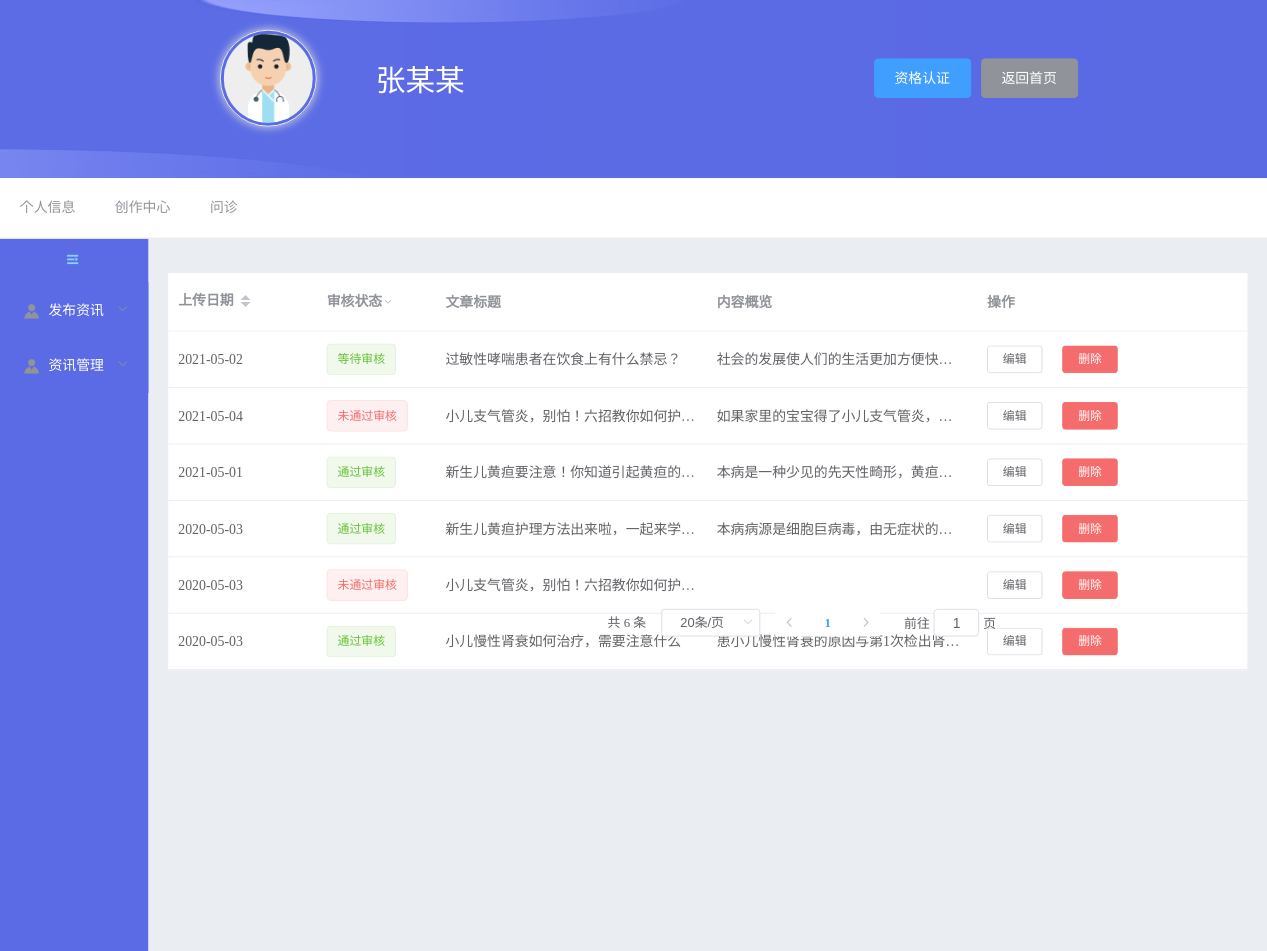
Repository: DiscreteL/SOA_Front
Page: /#/manageVideo
These files come from the project's save history. The page is drawn as it stood at one moment and after the next save; the edit follows.
The browser window is 1280 px wide. The pictures show the whole page, at 99% of full size.
The project was rebuilt for these pictures with package versions that can differ from the ones it lists, and the page was loaded fresh each time. Also part of the build but not shown: vue.config.js, src/components/navigation.vue, src/components/dialog.vue, src/views/news.vue, src/components/announcement.vue, src/components/patientKnow.vue, src/views/Home.vue, src/views/login.vue and 15 more.

Above is the page before, as saved 2021-11-29 15:58:06.

### src/main.js
import Vue from 'vue'
import App from './App.vue'
import router from './router'
import store from './store'
import ElementUI from 'element-ui';
import 'element-ui/lib/theme-chalk/index.css';
import instance_ from "@/utils/api";

Vue.use(ElementUI);

Vue.config.productionTip = false

Vue.prototype.instance = instance_

new Vue({
  router,
  store,
  render: h => h(App)
}).$mount('#app')

router.beforeEach((to, from, next) => {
  /* 路由发生变化修改页面title */
  if (to.meta.title) {
      document.title = to.meta.title
  }
  next()
})

### src/App.vue
<template>
  <div id="app">
    <router-view/>
  </div>
</template>

<style lang="less" scoped>
</style>

<script>
export default {
  name: 'app'
}
</script>

### src/utils/api.js
//输出通用axios实例
import axios from 'axios';
axios.defaults.withCredentials = false

const instance = axios.create({
  timeout: 10000,
   headers: {
    'Content-Type': "multipart/form-data;charset=utf-8",
  }
});

export default {
  //GqvbYer04485869e6b5acbed4ed10dfd79468f6d84577b1

   diseaseList (data) {
     return instance.get("https://api.apishop.net/common/disease/queryDiseaseList?apiKey=GqvbYer04485869e6b5acbed4ed10dfd79468f6d84577b1&page=1&pageSize=50", data);
   },
   diseaseInfo(data){
    return instance.get("https://api.apishop.net/common/disease/queryDiseaseInfo?apiKey=GqvbYer04485869e6b5acbed4ed10dfd79468f6d84577b1&diseaseID="+data);
   }


//   allUser () {
//     return instance.post('/api/user');
//   },
//   allProduct () {
//    return instance.post('/api/product')
//   },
//   upload (data) {
//     return instance.post('/api/upload',data)
//   },
//   regist (data){
//   	return instance.post('/api/createOrUpdateUser',data)
//   }
};

### src/views/doctor/messageCenter.vue
<template>
  <div class="home_container">
    <UserHomeNav2></UserHomeNav2>
    <!--页面主体区-->
    <el-container>
      <!--侧边栏-->
      <el-aside :width="isCollapse ? '64px' : '150px'">
        <div class="toggle-button" @click="toggleCollapse">
          <div v-if="this.isCollapse == true">
            <i class="el-icon-s-fold"></i>
          </div>
          <div v-else>
            <i class="el-icon-s-unfold"></i>
          </div>
        </div>
        <el-menu
          background-color="#5b6be5"
          text-color="#fff"
          active-text-color="#409EFF"
          :collapse="isCollapse"
          :collapse-transition="false"
          :router="true"
          :default-active="activePath"
        >
          <!-- :unique-opened="true"->只允许展开一个菜单 -->
          <!-- :collapse-transition="false" -> 关闭动画 -->
          <!-- router -> 导航开启路由模式 -->
          <el-submenu index="1">
          <!-- 一级菜单模板 -->
          <template slot="title">
            <i class="el-icon-s-custom"></i>
            <span>发布资讯</span>
          </template>
            <el-menu-item index="/uploadArticle" @click="saveNavState('/uploadArticle')">
              <i class="el-icon-date" style="color: #dcdcdc"></i>
              <span slot="title">发布文章</span>
            </el-menu-item>
            <el-menu-item index="/uploadVideo" @click="saveNavState('/uploadVideo')">
              <i class="el-icon-date" style="color: #dcdcdc"></i>
            <span slot="title">上传视频</span>
            </el-menu-item>
          </el-submenu>
          <el-submenu index="2">
          <!-- 一级菜单模板 -->
          <template slot="title">
            <i class="el-icon-s-custom"></i>
            <span>资讯管理</span>
          </template>
            <el-menu-item index="/manageArticle" @click="saveNavState('/manageArticle')">
              <i class="el-icon-date" style="color: #dcdcdc"></i>
              <span slot="title">文章管理</span>
            </el-menu-item>
            <el-menu-item index="/manageVideo" @click="saveNavState('/manageVideo')">
              <i class="el-icon-date" style="color: #dcdcdc"></i>
            <span slot="title">视频管理</span>
            </el-menu-item>
          </el-submenu>
        </el-menu>
      </el-aside>
      <!--右侧主体区-->
      <el-main>
        <router-view></router-view>
      </el-main>
    </el-container>
  </div>
</template>

<script>
import UserHomeNav2 from "@/components/userhomenav2.vue";

export default {
  name: "messageCenter",
  components: {
    UserHomeNav2,
  },
  data() {
    return {
      // 默认不折叠
      isCollapse: false,
      // 被激活导航地址
      activePath: "",
    };
  },
  created() {
    this.activePath = window.sessionStorage.getItem("activePath");
  },
  methods: {
    toggleCollapse() {
      this.isCollapse = !this.isCollapse;
    },
    saveNavState(activePath) {
      window.sessionStorage.setItem("activePath", activePath);
      this.activePath = activePath;
    },
  },
};
</script>

<style lang="less" scoped>
html,
body {
  width: 100%;
  height: 100%;
  margin: 0px;
  padding: 0px;
}
.home_container{
    height: 100vh;
}
.el-container{
    height: 100%;
}
.el-aside {
  background-color: #5b6be5;
  .el-menu {
    border-right: none;
  }
}
.el-main {
  background-color: #eaedf1;
}
.toggle-button {
  background-color: #5b6be5;
  font-size: 15px;
  line-height: 24px;
  color: #87cefa;
  text-align: center;
  letter-spacing: 0.2em;
  cursor: pointer;
  padding: 10px;
}
.logo_box {
  height: 60px;
  width: 60px;
  border: 5px #53868b;
  border-radius: 50%; /* 圆角 */
  position: relative;
  margin: 30px;
}
.port_box img {
  width: 100%;
  height: 100%;
  border-radius: 50%; /* 圆角 */
  background-color: #53868b;
}
</style>

### src/views/doctor/message/manageVideo.vue
<template>
  <div class="videoForm">
    <div class="form" style="margin-top: 15px">
      <el-table
        ref="filterTable"
        :data="
          tableData.slice((currentPage - 1) * pageSize, currentPage * pageSize)
        "
        style="width: 100%"
      >
        <el-table-column
          prop="date"
          label="上传日期"
          sortable
          width="150"
          column-key="date"
        >
        </el-table-column>
        <el-table-column
          prop="status"
          label="审核状态"
          width="120"
          :filters="[
            { text: '等待审核', value: '等待审核' },
            { text: '通过审核', value: '通过审核' },
            { text: '未通过审核', value: '未通过审核' },
          ]"
          :filter-method="filterStatus"
          filter-placement="bottom-end"
        >
          <template slot-scope="scope">
            <el-tag
              :type="scope.row.status === '未通过审核' ? 'danger' : 'success'"
              disable-transitions
            >
              {{ scope.row.status }}
            </el-tag>
          </template>
        </el-table-column>
        <el-table-column
          prop="title"
          label="文章标题"
          :show-overflow-tooltip="true"
        >
        </el-table-column>
        <el-table-column
          prop="content"
          label="内容概览"
          :show-overflow-tooltip="true"
        >
        </el-table-column>
        <el-table-column label="操作">
          <el-button size="mini" @click="dialogTableVisible = true"
            >编辑</el-button
          >
          <el-dialog title="编辑文章内容" :visible.sync="dialogTableVisible">
            <el-form ref="formArticle" :model="formArticle" label-width="80px">
              <el-form-item label="文章标题" required>
                <el-input v-model="formArticle.title"></el-input>
              </el-form-item>
              <el-form-item label="文章内容" required>
                <el-input
                  type="textarea"
                  :rows="10"
                  v-model="formArticle.content"
                ></el-input>
              </el-form-item>
              <el-form-item>
                <el-button type="primary" @click="onSubmit">提交编辑</el-button>
                <el-button type="primary" @click="clear">清空</el-button>
              </el-form-item>
            </el-form>
          </el-dialog>
          <el-button
            size="mini"
            type="danger"
            style="margin-left: 20px"
            @click="del"
            >删除</el-button
          >
        </el-table-column>
      </el-table>
    </div>
    <div class="block">
      <el-pagination
        align="center"
        @size-change="handleSizeChange"
        @current-change="handleCurrentChange"
        :current-page="currentPage"
        :page-sizes="[1, 5, 10, 20]"
        :page-size="pageSize"
        layout="total, sizes, prev, pager, next, jumper"
        :total="tableData.length"
      >
      </el-pagination>
    </div>
  </div>
</template>

<script>
export default {
  data() {
    return {
      tableData: [
        {
          date: "2021-05-02",
          status: "等待审核",
          title: "过敏性哮喘患者在饮食上有什么禁忌？",
          content:
            "社会的发展使人们的生活更加方便快捷，推动了人民中国质量的提高。但是另一方面也给人类带来了一些危害，社会快速发展的背后就是工业的发展，工业发展必然会带来一些环境污染，环境未来竟然又会影响到人类，所以如何实现人地协调发展是一个非常重要的问题。如果不能实现人地协调发展，就会给人类带来很大的危害。就比如说现在各种疾病的患病率越来越高，和工业污染有一定的关联。今天就给大家介绍一下，过敏性哮喘患者在饮食上有什么样的禁忌。",
        },
        {
          date: "2021-05-04",
          status: "未通过审核",
          title: "小儿支气管炎，别怕！六招教你如何护理！",
          content:
            "如果家里的宝宝得了小儿支气管炎，牵动着各位爸爸妈心，家长朋友往往比患儿还要着急，看着孩子难受，内心也是备受煎熬，那各位宝爸宝妈们，你们知道如何护理吗？知道如何给宝宝做膳食吗？我们一起来学学吧。",
        },
        {
          date: "2021-05-01",
          status: "通过审核",
          title: "新生儿黄疸要注意！你知道引起黄疸的真正原因吗？",
          content:
            "本病是一种少见的先天性畸形，黄疸乃因胚胎发育异常造成的胆道闭锁或狭窄，胆汁不能排泄或排泄不畅所致。黄疸的特点是出生不久即发生，呈进行性加重，全身皮肤深桔黄色，尿布被尿液染黄后用清水常冲洗不掉。此病预后恶劣，应早期手术",
        },
        {
          date: "2020-05-03",
          status: "通过审核",
          title: "新生儿黄疸护理方法出来啦，一起来学学吧",
          content:
            "本病病源是细胞巨病毒，由无症状的带病毒孕妇通过胎盘感染胎儿。新生儿在出生一个月内出现黄疸、精神不振、咳嗽、肝脾肿大、消化不良和生长停滞等，应考虑是本病。",
        },
        {
          date: "2020-05-03",
          status: "未通过审核",
          title: "小儿支气管炎，别怕！六招教你如何护理！",
          content: "",
        },
        {
          date: "2020-05-03",
          status: "通过审核",
          title: "小儿慢性肾衰如何治疗，需要注意什么",
          content:
            "患小儿慢性肾衰的原因与第1次检出肾衰时的患儿年龄密切相关。5岁以下的慢性肾衰常是解剖异常的结果，如肾发育不全、肾发育异常、尿路梗阻以及其他先天畸形；5岁以后的慢性肾衰则以后天性肾小球疾病如小球肾炎、溶血性尿毒综合征或遗传性病变，如Alport综合征、肾囊性病变为主。",
        },
      ],
      dialogTableVisible: false,
      dialogFormVisible: false,
      currentPage: 1, // 当前页码
      total: 20, // 总条数
      pageSize: 20, // 每页的数据条数
      form: {
        reason: "",
        region: 0,
        delivery: false,
      },
      formLabelWidth: "120px",
      formArticle: {
        title: "",
        content: ""
      },
    };
  },
  methods: {
    filterHandler(value, row, column) {
      const property = column["property"];
      return row[property] === value;
    },
    filterStatus(value, row) {
      return row.status === value;
    },
    //每页条数改变时触发 选择一页显示多少行
    handleSizeChange(val) {
      console.log(`每页 ${val} 条`);
      this.currentPage = 1;
      this.pageSize = val;
    },
    //当前页改变时触发 跳转其他页
    handleCurrentChange(val) {
      console.log(`当前页: ${val}`);
      this.currentPage = val;
    },
    del() {
      this.$confirm("此操作将永久删除该文章, 是否继续?", "提示", {
        confirmButtonText: "确定",
        cancelButtonText: "取消",
        type: "warning",
      })
        .then(() => {
          this.$message({
            type: "success",
            message: "删除成功!",
          });
        })
        .catch(() => {
          this.$message({
            type: "info",
            message: "已取消删除",
          });
        });
    },
    onSubmit() {
      console.log("submit!");
    },
    clear() {
      this.$refs.form.resetFields();
    },
  },
};
</script>

<style scoped>
.videoForm {
  width: 100%;
  display: flex;
  flex-direction: column;
}
.form {
  float: left;
  width: 100%;
}
.el-table .warning-row {
  background: oldlace;
}

.el-table .success-row {
  background: #f0f9eb;
}
.block {
  float: left;
  width: 100%;
  position: fixed;
  bottom: 75px;
}
</style>

### src/components/userhomenav2.vue
<template>
  <div class="container">
    <div class="head">
      <div class="background">
        <img src="@/assets/back.jpg" alt="" width="100%" height="100%" />
      </div>
      <div class="headmain">
        <div class="left">
          <!-- 头像部分 -->
          <div class="port_box">
            <img src="../assets/docPort.png" />
          </div>

          <!-- 个人信息部分 -->
          <div
            class="Info"
            style="color: white; font-size: 30px; font-family: 宋体"
          >
            {{ userName }}<br />
          </div>
        </div>
        <div>
            <el-button type="primary" @click="certify">资格认证</el-button>
          <el-button type="info" @click="returnhome">返回首页</el-button>
        </div>
      </div>
    </div>
    <div class="navBar">
      <el-menu
        :default-active="this.$route.path"
        class="el-menu-demo"
        router
        mode="horizontal"
        active-text-color="#409EFF"
      >
        <el-menu-item v-for="(item, i) in navList" :key="i" :index="item.name">
          {{ item.navItem }}
        </el-menu-item>
      </el-menu>
    </div>
    <div></div>
  </div>
</template>

<script>
export default {
  name: "UserHomeNav2",
  data() {
    return {
      //   userID: window.sessionStorage.getItem("id"),
      userName: "张某某",
      navList: [
        { name: "/userHome2", navItem: "个人信息" },
        { name: "/messageCenter", navItem: "创作中心" },
        { name: "/consult", navItem: "问诊" },
        // { name: "/help", navItem: "帮助中心" },
      ],
    };
  },
  methods: {
    returnhome(){
      this.$router.push("/home");
    },
    certify(){

    }
  },
};
</script>

<style scoped>
.head {
  height: 180px;
  width: 100%;
}
.background {
  width: 100%;
  height: 180px;
  z-index: -1;
  position: absolute;
}
.headmain {
  display: flex;
  justify-content: space-around;
  align-items: center;

}
.left {
  display: flex;
  align-items: center;
}
.port_box {
  height: 90px;
  width: 90px;
  border: 1px solid #eee;
  border-radius: 50%; /* 圆角 */
  padding: 3px; /*图片和边框之间的间距 */
  box-shadow: 0 0 10px #ddd; /*阴影 */
  position: relative;
  margin: 30px;
}
.port_box img {
  width: 100%;
  height: 100%;
  border-radius: 50%; /* 圆角 */
  background-color: #eee;
}

.Info {
  text-align: left;
  font: 15px "Microsoft YaHei";
  margin: 30px;
  position: relative;
}
</style>

### src/axios/url.js
import patient from './modules/patient';
import alluser from './modules/alluser';
import doctor from './modules/doctor';
import admin from './modules/admin';
export default {
    patient,
    alluser,
    doctor,
    admin,
};

### src/axios/request.js
import axios from './axios';
export default {
  // get请求
  get(url, param) {
    return new Promise((resolve, reject) => {
      axios({
        method: 'get',
        url,
        params: param
      })
        .then((res = {}) => {
          if (res.code !== '200') reject(res);
          resolve(res);
        })
        .catch(_ => {
          reject(_)});
    });
  },
  // post请求
  post(url, param) {
    return new Promise((resolve, reject) => {
      axios({
        method: 'post',
        url,
        data: param,
      })
        .then((res = {}) => {
          if (res.code !== '200') reject(res);
          resolve(res);
        })
        .catch(_ => reject(_));
    });
  },
};

### src/axios/modules/patient.js
export default {
    getDocListData:'/Patient/GetDoctorList',
    getDrugData:'/Patient/GetDrugInforList',
    getHosData:'/Patient/GetHospitalList',
    getNoticeData:'/Patient/GetNoticeList',
    getDiseaseData:'/Patient/GetDiseaseList',
    patientLogin:'/Patient/Login',
    doctorLogin:'/Doctor/Login',
    patientRegister:'/Patient/Register',
    doctorRegister:'/Doctor/Register',
    postReservationData:'/Patient/PostReservation',
    sendAcidForm:'/Patient/PostAppOfNuc',
    sendOffineReservation:'/Patient/PostOfflineApp',
    getCart:'/Patient/GetCart',
    clearCart:'/Patient/EmptyCart',
    addCart:'/Patient/AddDrug',
    getDocInfoData:'/Patient/GetDoctor',
    getDrugsIncludedListData:'/Patient/GetIncludeList',
    postRateData:'/Patient/PostRating',
    getPreData:'/Patient/GetPre',
    getDiseaseListData:'/Patient/GetDiseaseList',//存在重复
    getDepartmentListData:'/Patient/GetDepartmentList',//存在重复
    getPatientInfo:'/Patient/GetPatiInfor',
    postAutoAddData:'/Patient/AutoAddDrug',
    getDrugListData:'/Patient/GetDrugInforList',//存在重复
    getLocalImg:'/Patient/GetImg',
    getNAT:'/Patient/GetAppsOfNuc',
    postNoticeData:'/Admin/PostNotice',
    deleteNotice:'/Admin/DeleteNotice',
    getPaiIno:'/Patient/GetPatient',
    getOfflineApp:'/Patient/GetOfflineAppList',
    getReservations:'/Patient/GetReservations',
    getPatiBMI:'/Patient/GetPatiInfor',
    getHospital:'/Patient/GetHospital',
    getPreData:'/Patient/GetPre',
    postPaiIno:'/Patient/ModInfor',
    postUpdateReservation:'Patient/UpdateReservation',
    postRectifyOfflineApp:'/Patient/RectifyOfflineApp',
    postRectifyNucleicApp:'/Patient/RectifyNucleicApp',
    updateReservationData:'/Patient/UpdateReservation',
    getDoctorData:'/Doctor/GetDoctor',
    getRecordsData:'/Doctor/GetReservationLists',
    getCompletedRecordsData:'/Doctor/GetRecords'
  };

### src/axios/modules/alluser.js
export default{
    sendChatMes:'/Base/PostChat',
    getChatMes:'/Base/GetChat'
};

### src/axios/modules/doctor.js
export default {
    getPatientInfoData:'/Doctor/GetPatient',
    postPreData:'/Doctor/PostPre',
    postMedicineIncludedData:'/Doctor/PostInclude',
    postReportData:'/Doctor/PostReport',
    getDocIno:'/Doctor/GetDoctor',
};

### src/axios/modules/admin.js
export default {
    getReportListData:'/Admin/GetReportForms',
    getNoticeListData:'/Admin/GetNoticeList',
    postNoticeData:'/Admin/PostNotice'
}

### src/axios/axios.js
import axios from 'axios';
import router from '../router';
import Vue from 'vue';
import qs from 'qs';
//import store from '../store/index';

//import Storage from '../utils/storages';


// 错误状态码处理提示
class MessageTip extends Vue {
  static messageTipInstance = null;
  messageTip = null;

  static instance() {
    if (!this.messageTipInstance) {
      this.messageTipInstance = new MessageTip();
    }
    this.messageTipInstance;
  }

  // 提示信息
  msgInfo(msg) {
    this.messageTip && this.messageTip.close();
    this.messageTip = this.$message({
      showClose: true,
      message: msg,
      type: 'error',
      center: true
    });
  }

  // 错误信息
  errorInfo(errorCode) {
    this.messageTip && this.messageTip.close();
    let msg = '';
    switch (errorCode) {
      case '400':
        msg = '请求错误';
        break;
      case '401':
        msg = '登录会话过期，请重新登录';
        break;
      case '403':
        msg = '拒绝访问';
        break;
      case '404':
        msg = '请求地址出错';
        break;
      case '408':
        msg = '请求超时';
        break;
      case '500':
        msg = '服务器内部错误';
        break;
      case '501':
        msg = '服务器未实现';
        break;
      case '502':
        msg = '网络错误';
        break;
      case '503':
        msg = '服务不可用';
        break;
      case '504':
        msg = '网关超时';
        break;
      case '505':
        msg = 'HTTP版本不受支持';
        break;
    }
    this.messageTip = this.$message({
      showClose: true,
      message: msg,
      type: 'error',
      center: true
    });
  }
}

const messageTip = new MessageTip();

axios.defaults.headers.post['Content-Type'] = 'application/json';

axios.defaults.withCredentials = true;
axios.defaults.baseURL = '/api';
axios.defaults.timeout = 5000;
// 请求拦截器
axios.interceptors.request.use(
  config => {
    if(config.method === 'post') {
      config.data = qs.stringify(config.data)
      config.url += '?' + config.data
    }
    else {
      config.params = qs.stringify(config.params)
      config.url += '?' + config.params
    }
    //config.headers.token = localStorage.getItem('$token_info');
    return config;
  },
  error => {
    return Promise.reject(error);
  }
);

// 响应拦截器
axios.interceptors.response.use(
  response => {
    response.data = {
      result:response.data,
      code:`${response.status}`
    }
    if (response && response.data && response.data.code !== '200') {
      response.data.msg && messageTip.msgInfo(response.data.msg);
      console.log(response)
      return Promise.reject(response.data);
    }
    return response.data;
  },
  error => {
    console.log(error)
    console.log(error.response)
    if (
      error &&
      error.response &&
      error.response.status &&
      messageTip.errorInfo(error.response.status)
    ) {
      return Promise.reject(error);
    }
  }
);
export default axios;

Loaded but not shown: public/index.html (common file); src/store/index.js (common file); src/router/index.js (235 lines, source omitted); src/service/userService.js (198 lines, source omitted)

After the next save:
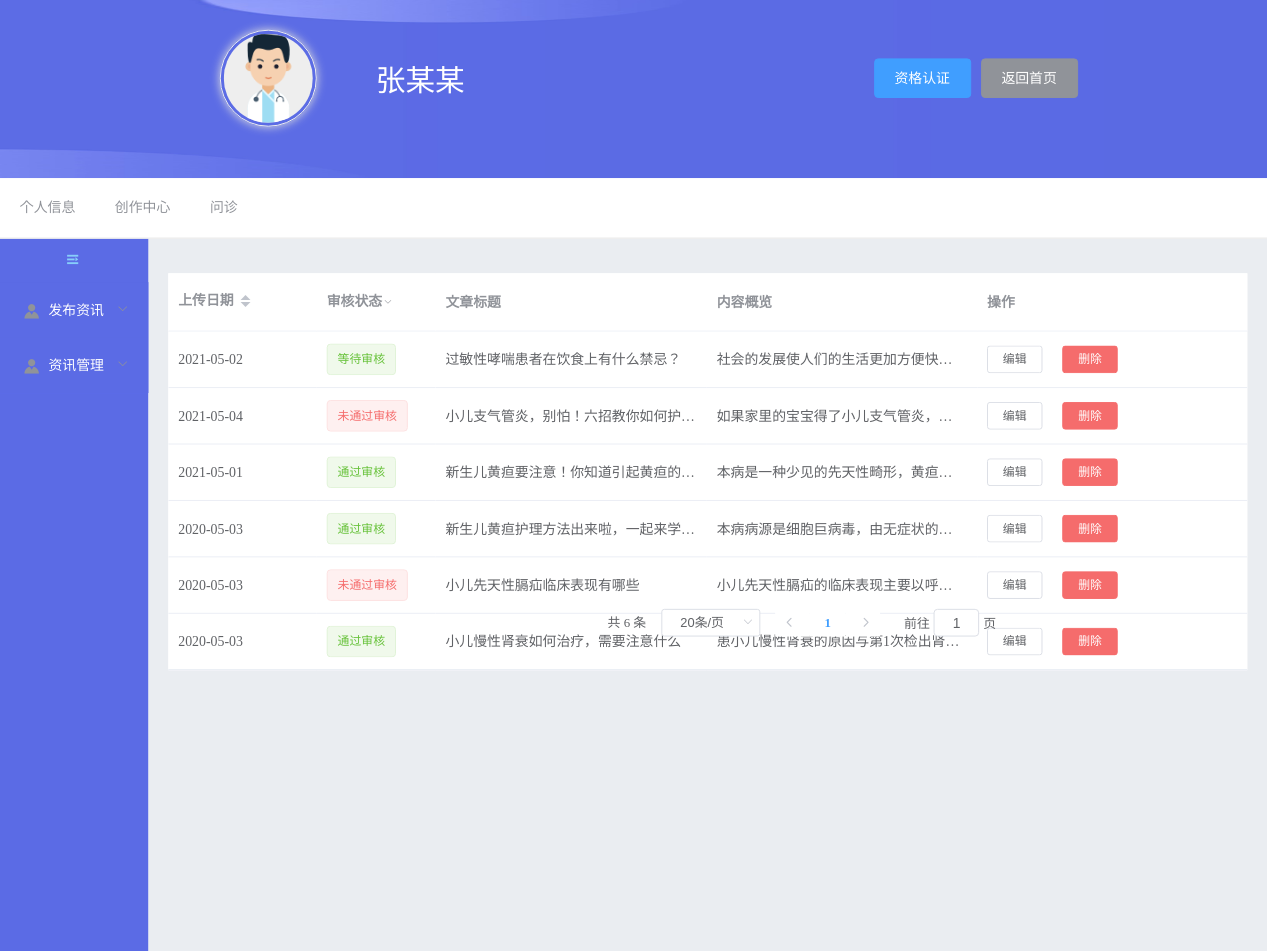
Saved 51 s later.
--- a/src/views/doctor/message/manageVideo.vue
+++ b/src/views/doctor/message/manageVideo.vue
@@ -133,8 +133,8 @@ export default {
         {
           date: "2020-05-03",
           status: "未通过审核",
-          title: "小儿支气管炎，别怕！六招教你如何护理！",
-          content: "",
+          title: "小儿先天性膈疝临床表现有哪些",
+          content: "小儿先天性膈疝的临床表现主要以呼吸道症状为主，新生儿、婴幼儿和儿童的临床表现各异。",
         },
         {
           date: "2020-05-03",
